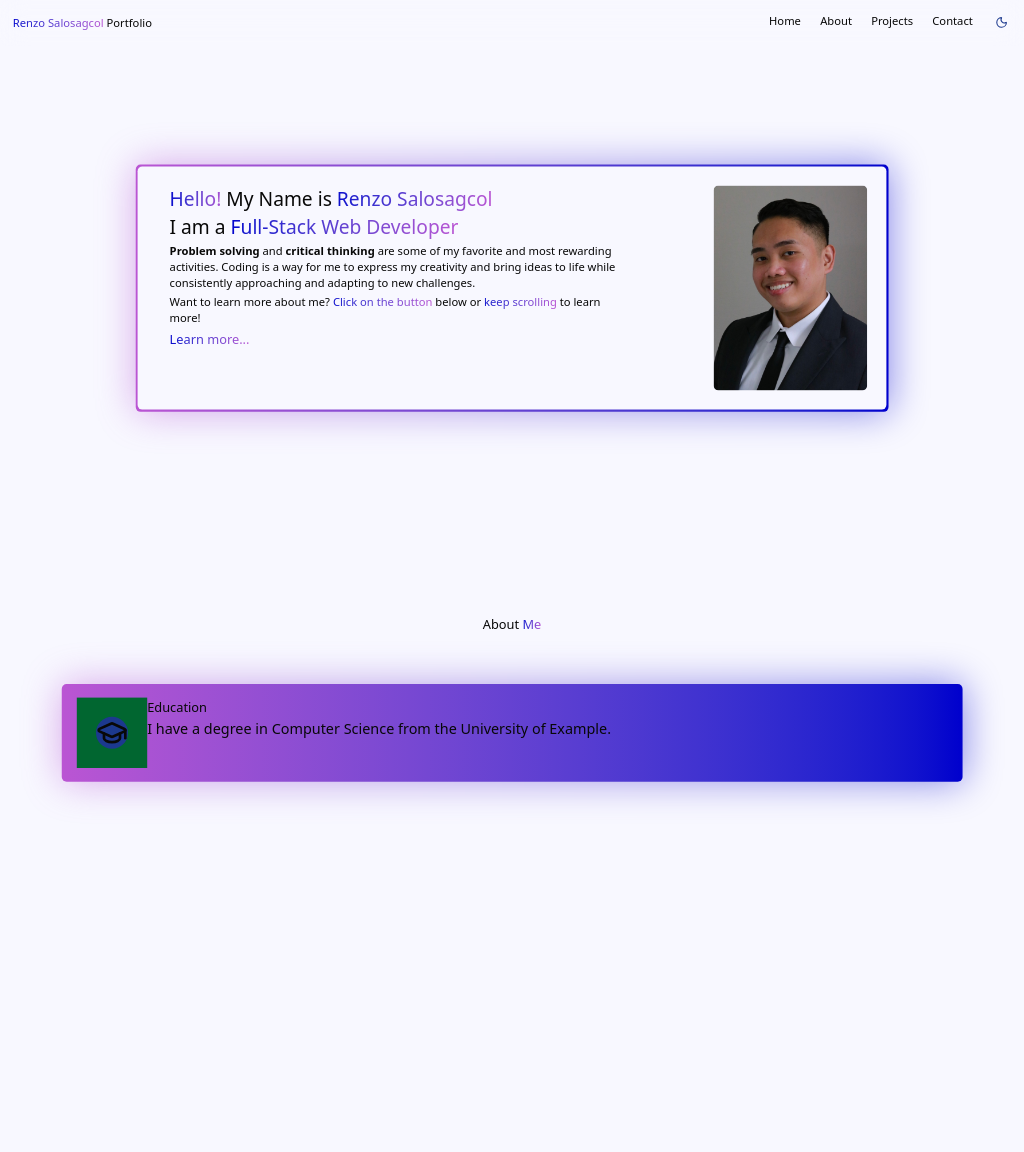
Repository: Renzo-Salosagcol/Updated_Personal_Portfolio
Page: /
The author's editor kept a copy of each file at every save. The page is drawn from the files as they stood at one save, then again after the next save.
The browser window is 1280 px wide. The pictures show the whole page, at 80% of full size.
The project was rebuilt for these pictures with package versions that can differ from the ones it lists, and the page was loaded fresh each time. Also part of the build but not shown: vite.config.js, src/pages/NotFound.jsx.

Above is the page before, as saved 2025-10-10 12:39:00.

After the next save:
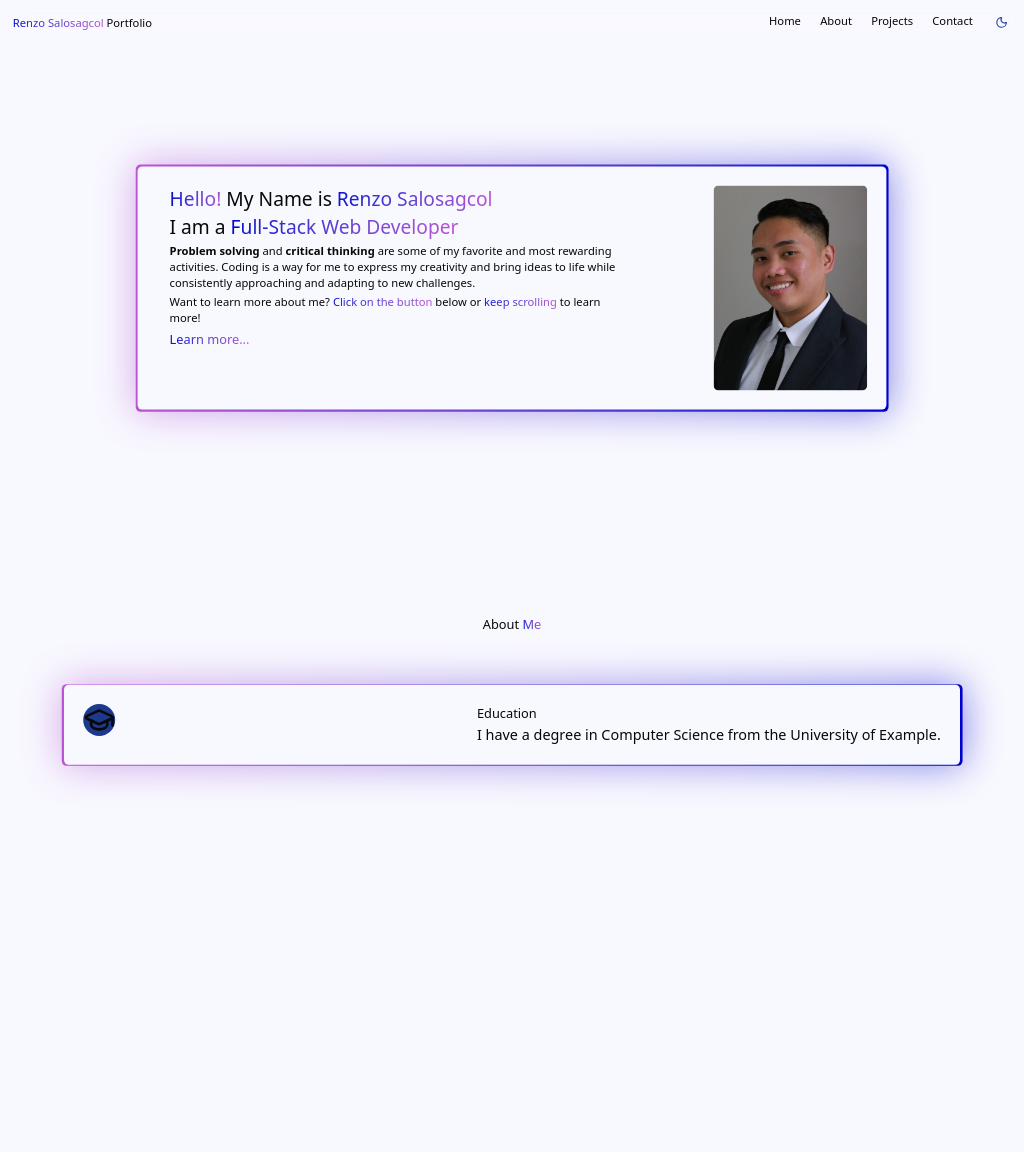
Saved 55 s later.
--- a/src/components/About.jsx
+++ b/src/components/About.jsx
@@ -17,22 +17,22 @@ export const About = () => {
       </div>
       <div className=" mx-auto max-w-6xl rounded-lg p-4 grid-cols-1 gap-6">
         {experiences.map((experience, index) => (
-          <div key={index} className="flex flex-row items-start p-4 gradient-border rounded-md">
-            <div className="p-6 bg-green-800">
+          <div className="z-0 relative gradient-border opacity-0 animate-fade-in">
+            <div className="w-full h-full relative container flex flex-cols md:flex-rows justify-between gap-6 rounded-md p-6 bg-background">
               <experience.icon className="w-10 h-10 rounded-full bg-blue-900" />
-            </div>
-            <div>
-              <h2>{experience.name}</h2>
-              <p className="text-sm md:text-md lg:text-lg">
-                {experience.description}
-              </p>
-              <a
-                href={experience.link}
-                target="_blank"
-                rel="noopener noreferrer"
-                className="text-blue-500 hover:underline"
-              >
-              </a>
+              <div>
+                <h2>{experience.name}</h2>
+                <p className="text-sm md:text-md lg:text-lg">
+                  {experience.description}
+                </p>
+                <a
+                  href={experience.link}
+                  target="_blank"
+                  rel="noopener noreferrer"
+                  className="text-blue-500 hover:underline"
+                >
+                </a>
+              </div>
             </div>
           </div>
         ))}
